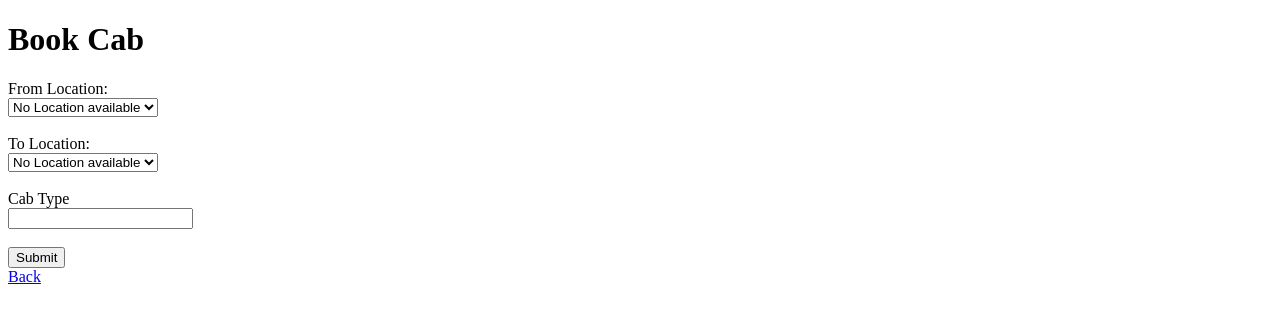
Repository: SumanaDasFullStack/CourseEndProject
Page: http://localhost/book
These files come from the project's save history. The page is drawn as it stood at one moment and after the next save; the edit follows.
The browser window is 1280 px wide. The pictures show the whole page.
The page is this project's Thymeleaf template; nobody is signed in. The template is opened directly, without the code that normally fills it, so the values that code supplies are empty.

Above is the page before, as saved 2024-10-26 21:06:57.

After the next save:
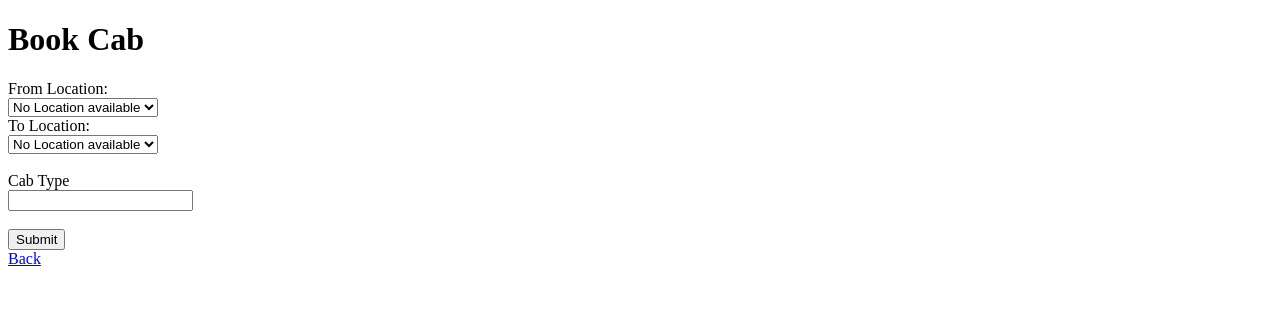
Saved 68 s later.
--- a/cab-booking-microservice/src/main/resources/templates/book.html
+++ b/cab-booking-microservice/src/main/resources/templates/book.html
@@ -17,7 +17,7 @@
                     th:text="${location.name}"></option>
         </select>
 <!-- <input type="text" th:field="*{source}"/><br/> -->
-<br/><br/>
+<br/>
 <label for="toSelect">To Location:  </label><br/>
         <select id="toSelect" name="toId">
             <option value="" th:unless="${categories}">No Location available</option>
